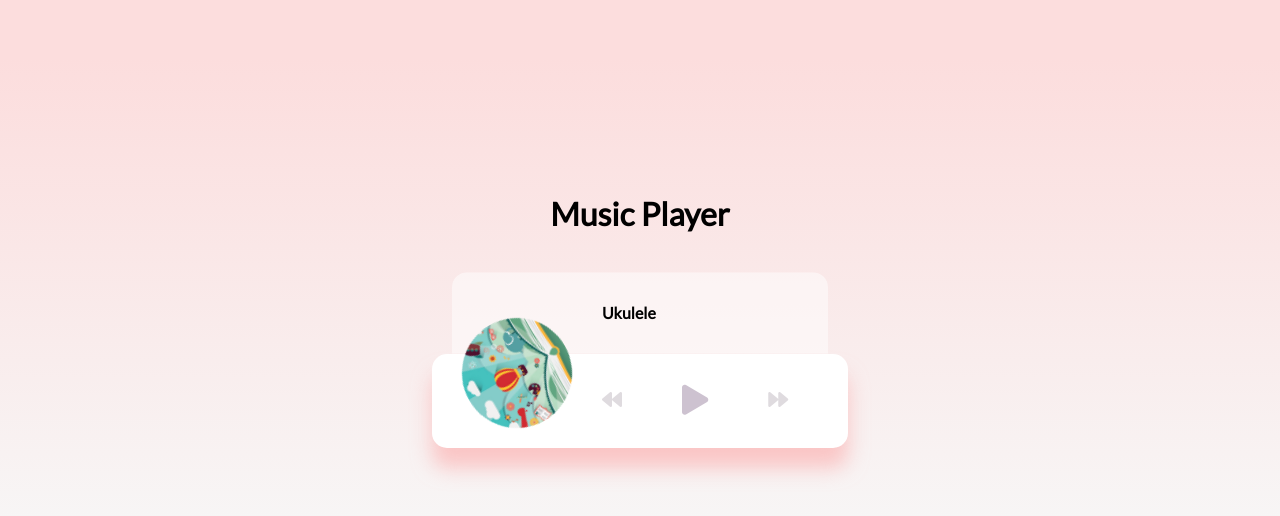
Repository: Youvelop/musicPlayer
Page: index.html
An editor plug-in stored every save of this project. The page is shown before and after the next save, followed by the edit.
The browser window is 1280 px wide. The pictures show the whole page.
Some web libraries are served in a nearby version.

Above is the page before, as saved 2020-07-08 08:24:06.

After the next save:
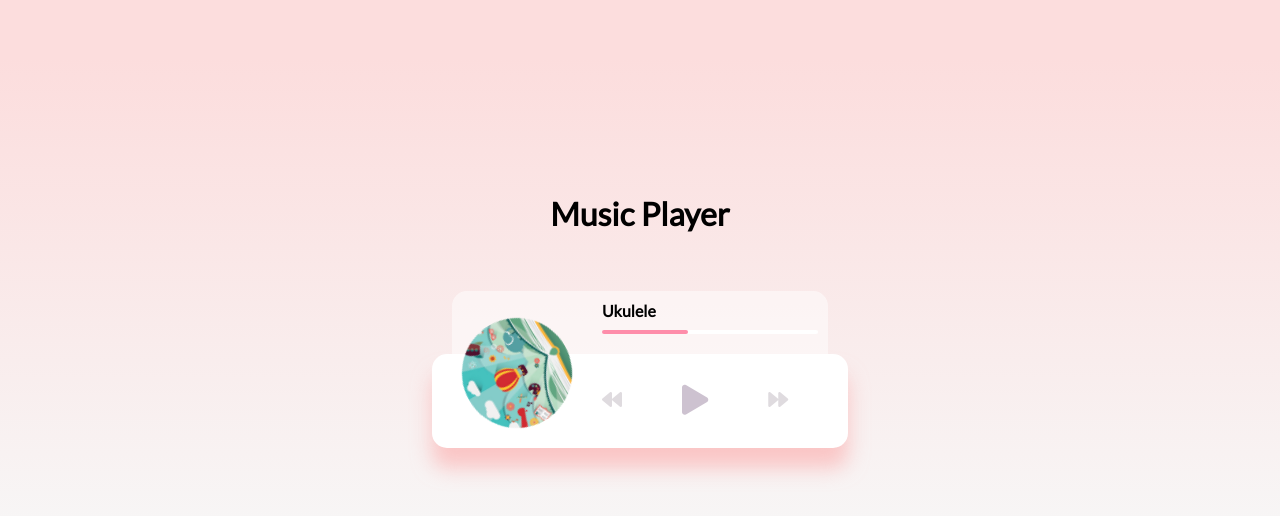
Saved 4 min 30 s later.
--- a/style.css
+++ b/style.css
@@ -106,3 +106,23 @@ body {
   opacity: 1;
   transform: translateY(-100%);
 }
+
+.music-info h4 {
+  margin: 0;
+}
+
+.progress-container {
+  background: #fff;
+  border-radius: 5px;
+  cursor: pointer;
+  margin: 10px 0;
+  height: 4px;
+  width: 100%;
+}
+.progress {
+  background-color: #fe8daa;
+  border-radius: 5px;
+  height: 100%;
+  width: 40%;
+  transition: width 0.1s linear;
+}
